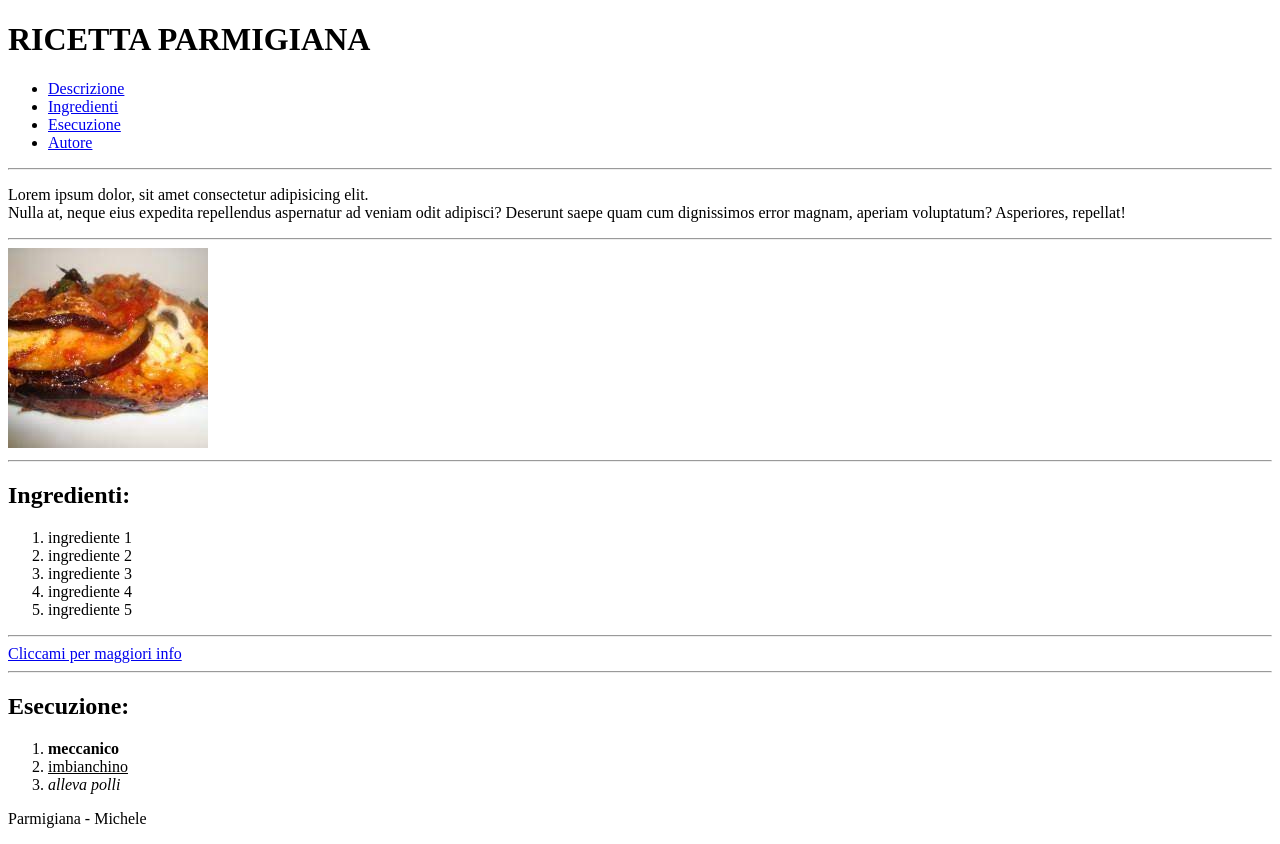
Repository: MicTomm/corso-frontend
Page: HTML/parmigiana/cdi.html
These files come from the project's save history. The page is drawn as it stood at one moment and after the next save; the edit follows.
The browser window is 1280 px wide. The pictures show the whole page.

Above is the page before, as saved 2023-11-07 12:34:11.

After the next save:
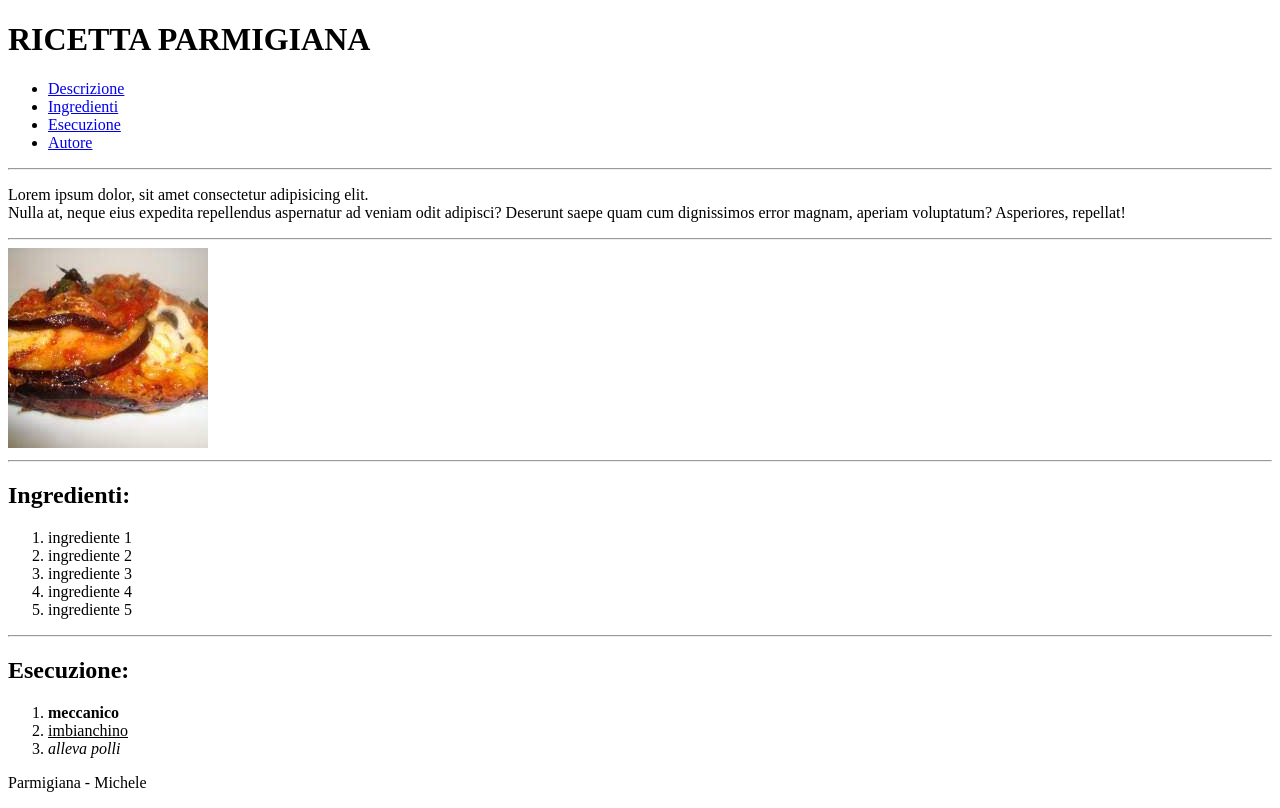
Saved 17 s later.
--- a/HTML/parmigiana/cdi.html
+++ b/HTML/parmigiana/cdi.html
@@ -42,8 +42,6 @@
         <li>ingrediente 5</li>
       </ol>
     </section>
-    <hr>
-    <a href="https://www.aldogiovanniegiacomo.it/personaggio/ajeje-brazorf/">Cliccami per maggiori info</a>
     <hr />
     <section id="esecuzione">
       <h2>Esecuzione:</h2>
